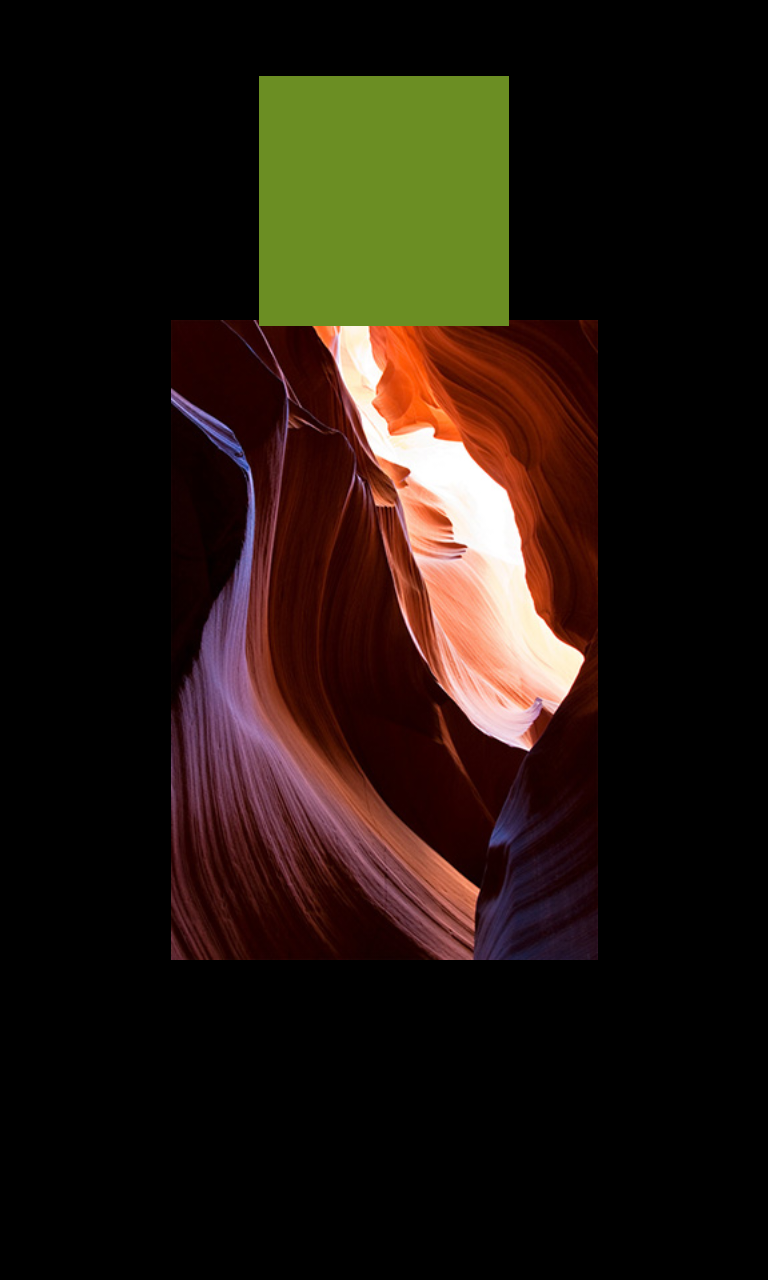
Repository: L8/open_robot
Layout: Android/TouchRobot/res/layout/be_robot_main.xml
These files come from the project's save history. The layout is drawn as it stood at one moment and after a run of saves; the edit follows.
It is drawn on a 768 x 1280 px phone screen (xhdpi) without system bars, with theme android:Theme; the app's code is not run.

Above is the layout before, as saved 2010-10-19 06:29:00.

After the next 2 saves:
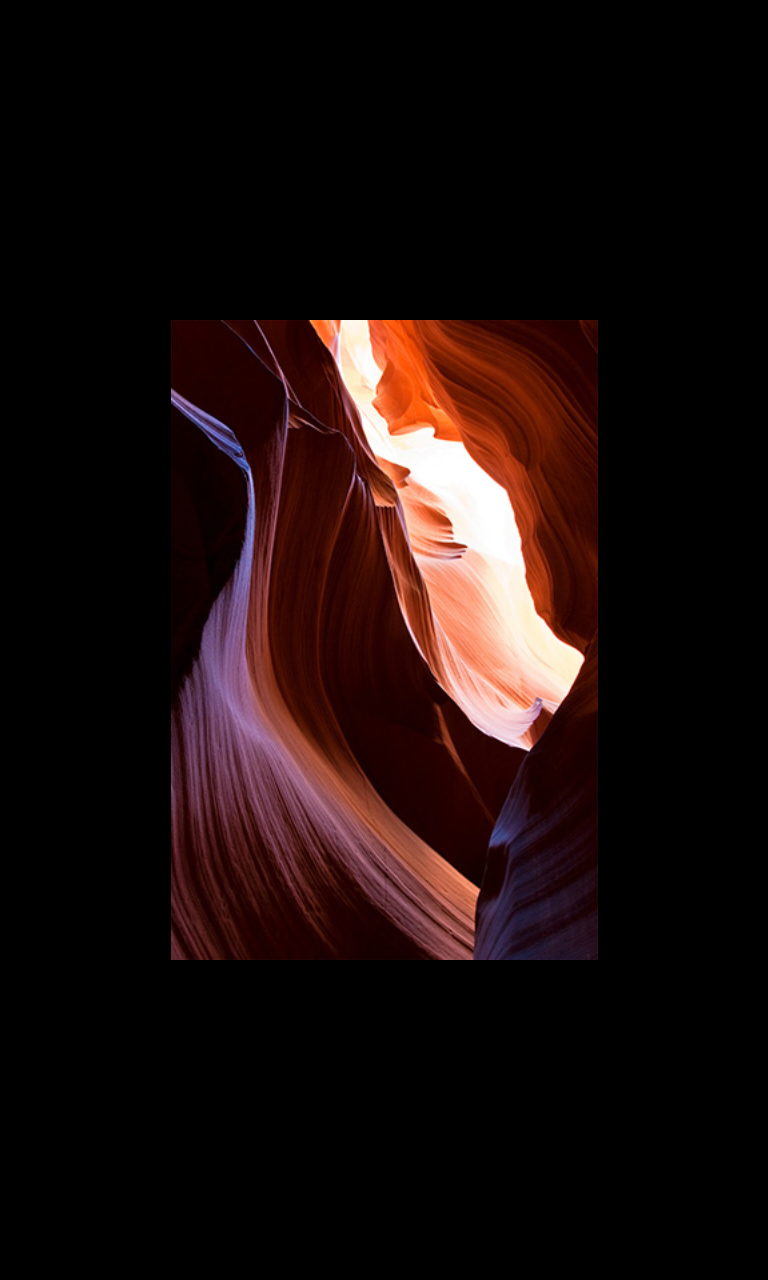
The 2 saves are shown as one change because 1 did not build or start.
The last was saved 4 min 20 s later.
--- a/Android/TouchRobot/res/layout/be_robot_main.xml
+++ b/Android/TouchRobot/res/layout/be_robot_main.xml
@@ -38,10 +38,10 @@
         />
 
 
-
+        <!-- Cyan color is #6B8E23 -->
     <FrameLayout android:id="@+id/main_view"
   		xmlns:android="http://schemas.android.com/apk/res/android"
-  		android:background="#6B8E23"
+  		android:background="#00000000"
   		android:gravity="center_vertical"
   		android:layout_width="250px"
   		android:layout_height="250px"/>
